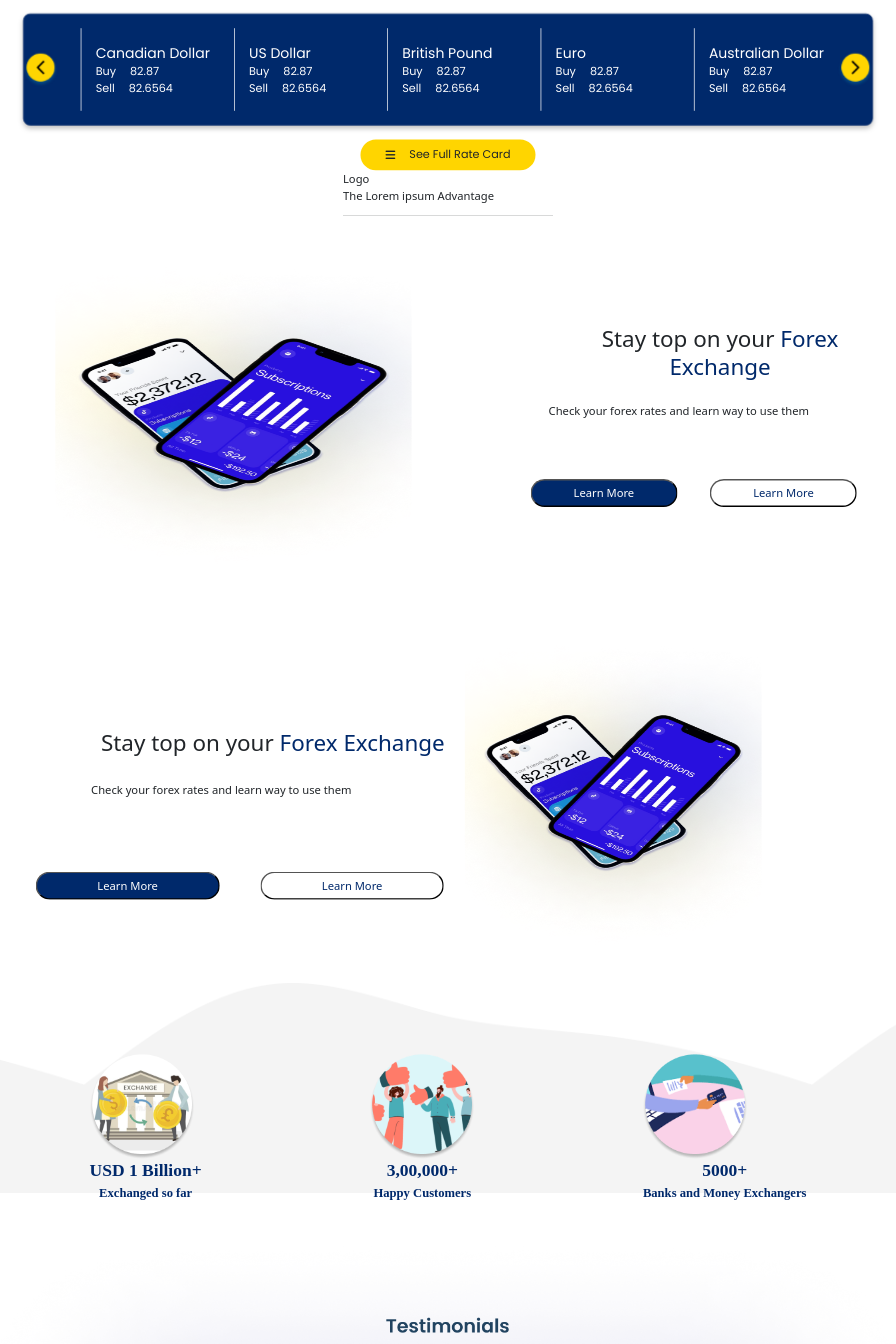
Repository: FlyweisReact/Akshadeep-latest
Page: /
An editor plug-in stored every save of this project. The page is shown before and after a run of saves, followed by the edit.
The browser window is 1280 px wide. The pictures show the part of the page from y = 765 to 2685 px (the page is 4593 px tall before and 4613 px after), at 70% of full size.
Some web libraries are served in a nearby version. The project was rebuilt for these pictures with package versions that can differ from the ones it lists, and the page was loaded fresh each time. Also part of the build but not shown: src/components/exchange.jsx, src/components/order_p1.jsx, src/components/order_p2.jsx, src/components/faas.jsx, src/components/offer.jsx, src/components/main2.jsx, src/components/home.jsx, src/components/slider.jsx and 6 more.

Above is the page before, as saved 2023-05-23 15:58:21.

### public/index.html
<!DOCTYPE html>
<html lang="en">
  <head>
    <meta charset="utf-8" />
    <link rel="icon" href="%PUBLIC_URL%/favicon.ico" />
    <meta name="viewport" content="width=device-width, initial-scale=1" />
    <meta name="theme-color" content="#000000" />
    <meta
      name="description"
      content="Web site created using create-react-app"
    />
    <link rel="apple-touch-icon" href="%PUBLIC_URL%/logo192.png" />

    <link rel="manifest" href="%PUBLIC_URL%/manifest.json" />
    <link rel="stylesheet" href="https://cdnjs.cloudflare.com/ajax/libs/font-awesome/5.15.3/css/all.min.css" />
    <link href="https://cdn.jsdelivr.net/npm/bootstrap@5.3.0-alpha1/dist/css/bootstrap.min.css" rel="stylesheet" integrity="sha384-GLhlTQ8iRABdZLl6O3oVMWSktQOp6b7In1Zl3/Jr59b6EGGoI1aFkw7cmDA6j6gD" crossorigin="anonymous">
    <title>React App</title>
  </head>
  <body>
    <noscript>You need to enable JavaScript to run this app.</noscript>
    <div id="root"></div>
    <script src="https://kit.fontawesome.com/b533b351e4.js" crossorigin="anonymous"></script>
  </body>
</html>

### src/components/Main.jsx
/** @format */

import React from "react";
import Navbar from "./navbar";
import "react-responsive-carousel/lib/styles/carousel.min.css";
import BottomCont from "./bottom_cont";
import Footer from "./footer";
import img from "../Images/a-7.png";
import img5 from "../Images/a-58.png";
import UpperForm from "./Component/Index/UpperForm";
import UpperSlider from "./Component/Index/UpperSlider";
import CurrencySlider from "./Component/Index/CurrencySlider";

function Main() {
  return (
    <>
      <Navbar />

      <div className="upper-two-component">
        <div className="left-component">
          <UpperForm />
        </div>
        <div className="right-component">
          <UpperSlider />
        </div>
      </div>

      <div className="Index-currency_cont">
        <CurrencySlider />
      </div>

      <div className="Index_center_button">
      <i className="fa-solid fa-bars"></i>
        <p>See Full Rate Card</p>
      </div>

      <div className="Index_center_Div">
        <div className="logo">
          Logo
        </div>
        <p>The Lorem ipsum Advantage</p>
        <hr />
      </div>



      <div className="main-2-cont">
        <div className="main-2-left">
          <img src={img} alt="" />
        </div>
        <div className="main-2-right">
          <h2>
            Stay top on your <spam className="sp">Forex Exchange</spam>
          </h2>
          <p>Check your forex rates and learn way to use them</p>
          <div className="main-2-r-btn">
            <button className="main-2l-btn">Learn More</button>
            <button className="main-2r-btn">Learn More</button>
          </div>
        </div>
      </div>
      <div className="main-3-cont">
        <div className="main-3-left">
          <h2>
            Stay top on your <spam className="sp">Forex Exchange</spam>
          </h2>
          <p>Check your forex rates and learn way to use them</p>
          <div className="main-2-r-btn">
            <button className="main-2l-btn">Learn More</button>
            <button className="main-2r-btn">Learn More</button>
          </div>
        </div>
        <div className="main-3-right">
          <img src={img} alt="" />
        </div>
      </div>
      <BottomCont />
      <Footer />
    </>
  );
}

export default Main;

### src/Style/Header.css
/** @format */

.Sticky-Header-Companent {
  height: 100%;
  background-color: var(--white);
  position: sticky;
  top: 0;
  z-index: 999;
  padding: 20px;
  transition: box-shadow 0.3s ease;
}

.scrolled {
  box-shadow: rgba(0, 0, 0, 0.24) 0px 3px 8px;
}

.Header {
  width: 100%;
  display: flex;
  justify-content: space-between;
  align-items: center;
}

.Header .left-component a {
  font-family: InterFont;
  font-size: 2rem;
  color: #000000;
  cursor: pointer;
  text-decoration: none;
}

.Header .right-component {
  display: flex;
  gap: 20px;
}
.Header .right-component .btn1 {
  font-weight: 500;
  font-size: var(--medium-font);
  color: var(--black);
  background-color: transparent;
  border: none;
}
.Header .right-component .btn2 {
  font-size: var(--medium-font);
  color: var(--white);
  background-color : #00296B;
  border: 1px solid #00296B;
  padding: 10px;
  width: 200px;
  border-radius: var(--half-border);
}

/* Category Drop- Down */
.Drop-Category-Bar {
  display: flex;
  align-items: center;
}
.Drop-Category-Bar .left-container {
  width: 20%;
  padding: 20px;
}

.Drop-Category-Bar .right-Container {
  display: flex;
  width: 60%;
  justify-content: space-evenly;
}

.Drop-Category-Bar .left-container i {
  font-size: var(--medium-font);
  cursor: pointer;
}
.Drop-Category-Bar .right-Container #dropdown-basic {
  border: none;
  font-size: var(--medium-font);
  font-style: normal;
  line-height: 29px;
  color: #333131;
}
.Drop-Category-Bar .right-Container #dropdown-button-drop-end {
  width: 100%;
  display: flex;
  justify-content: space-between;
  gap: 20px;
  align-items: center;
  font-size: var(--small-font);
  border: none;
}
.Drop-Category-Bar .right-Container .dropdown-item {
  width: 100%;
  font-size: var(--small-font);
  border: none;
  padding-left: 12px;
}

/* FullScreen Offcanvas */
.offcanvas.offcanvas-start {
  width: 100% !important;
  background-color: transparent;
}
.offcanvas-backdrop.show {
  opacity: 0.9 !important;
}
.Offcanvas-Menu {
  position: relative;
  padding: 20px;
}
.Offcanvas-Menu .fa-x {
  font-size: var(--medium-font);
  color: #fff;
  position: absolute;
  right: 20px;
  top: 20px;
  cursor: pointer;
}
.Offcanvas-Menu .Menu-Items {
  display: flex;
  justify-content: space-evenly;
  align-items: center;
  position: absolute;
  top: 50%;
  gap: 20px;
  left: 50%;
  transform: translate(-50%, -50%);
  width: 100%;
  padding-left: 5%;
  padding-right: 5%;
}
.Offcanvas-Menu .Menu-Items div {
  width: 20%;
  cursor: pointer;
}
.Offcanvas-Menu .Menu-Items div img {
  display: block;
  margin: auto;
}
.Offcanvas-Menu .Menu-Items div a {
  text-decoration: none;
}
.Offcanvas-Menu .Menu-Items p {
  font-size: var(--medium-font);
  color: #ffffff;
  text-align: center;
  margin-top: 10px;
  font-family: OpenFont;
  text-decoration: none;
  width: 100%;
}

### src/Style/Layout.css
/**
 * Two Section Component
 *
 * @format
 */

.upper-two-component {
  display: flex;
  justify-content: space-evenly;
  padding-top: 20px;
}
.upper-two-component .left-component {
  width: 40%;
}
.upper-two-component .right-component {
  width: 50%;
}

/* Currency Container */
.Index-currency_cont {
  width: 98%;
  margin: auto;
  padding: 20px;
  filter: drop-shadow(0px 4px 4px rgba(0, 0, 0, 0.25));
  padding-top: 5%;
}

/* Rate Button */
.Index_center_button {
  width: 250px;
  background: #ffd500;
  border-radius: 27px;
  display: flex;
  gap: 20px;
  justify-content: center;
  align-items: center;
  padding: 10px;
  margin: auto;
  cursor: pointer;
}
.Index_center_button i {
  margin: 0;
}
.Index_center_button p {
  margin: 0;
  font-family: PoppinFont;
  font-size: var(--extra-small-font);
}


/* Index_center_Div */
.Index_center_Div {
    width: 300px;
    display: block;
    margin : auto
}

### src/Style/Component.css
/**
 * Upper Form Component
 *
 * @format
 */

.Index-Upper-Form {
  width: 100%;
  padding-top: 20px;
}
.Index-Upper-Form .button-container {
  display: flex;
  align-items: center;
  justify-content: center;
  gap: 10px;
  width: 100%;
}
.Index-Upper-Form .button-container button {
  background-color: #fff;
  color: #333;
  border: 1px solid #ffd500;
  font-size: var(--small-font);
  cursor: pointer;
  padding: 10px;
  width: 20%;
  font-family: OpenFont;
  border-radius: 4px;
  transition: 0.5s;
}
.Index-Upper-Form .button-container button:hover {
  background: #ffd500;
}
.Index-Upper-Form .form-cont {
  width: 100%;
  margin-top: 10px;
  background: #00296b;
  border: 1px solid #333131;
  box-shadow: 0px 0px 100px 8px rgba(255, 213, 0, 0.3);
  border-radius: 12px;
  position: relative;
  padding: 20px;
}
.Index-Upper-Form .form-cont .form-part-1 .two-cont {
  display: flex;
  justify-content: space-between;
  width: 100%;
}
.Index-Upper-Form .form-cont .form-part-1 .two-cont div {
  width: 45%;
}
.Index-Upper-Form .form-cont .form-part-1 .two-cont div label {
  color: var(--white);
  font-size: var(--extra-small-font);
  font-family: PoppinFont;
  line-height: 24px;
  color: #ffffff;
}

.Index-Upper-Form .form-cont .form-part-1 .two-cont div select {
  width: 100%;
  margin-top: 3px;
  outline: none;
  font-size: var(--extra-small-font);
  color: #897f7f;
  font-family: PoppinFont;
  padding: 10px;
  border-radius: 4px;
  border: 1px solid #897f7f;
}
.Index-Upper-Form .form-cont .form-part-1 .rate {
  font-size: 16px;
  line-height: 24px;
  color: #ffffff;
  margin-top: 10px;
  font-family: PoppinFont;
}
.Index-Upper-Form .form-cont .form-part-1 .two-cont div input {
  width: 100%;
  margin-top: 3px;
  outline: none;
  font-size: var(--extra-small-font);
  color: #897f7f;
  font-family: PoppinFont;
  padding: 10px;
  border-radius: 4px;
  border: 1px solid #897f7f;
}
.Index-Upper-Form .form-cont .form-part-1 .two-cont div input::placeholder {
  color: #897f7f;
}
.Index-Upper-Form .form-cont .form-part-1 .two-cont .two-section {
  display: flex;
  gap: 10px;
  color: var(--white);
  margin-top: 10px;
  align-items: center;
}
.Index-Upper-Form .form-cont .form-part-1 .two-cont .two-section p {
  margin: 0;
  font-family: PoppinFont;
}
.Index-Upper-Form .form-cont .form-part-1 .two-cont .two-section button {
  background-color: #214360;
  outline: none;
  border: 1px solid #214360;
  color: var(--white);
  font-family: PoppinFont;
}
.Index-Upper-Form .form-cont .form-part-1 .two-cont .two-section i {
  color: #ffd500;
}
.Index-Upper-Form .form-cont .form-part-1 .two-cont .two-section .add {
  color: #ffd500;
  text-decoration: underline;
}
.Index-Upper-Form .form-cont .ord-btn {
  font-size: var(--medium-font);
  font-family: PoppinFont;
  background: #ffd500;
  border-radius: 30.2748px;
  border: none;
  width: 40%;
  padding: 10px;
  display: block;
  margin: auto;
  position: absolute;
  top: 98%;
  cursor: pointer;
  left: 50%;
  transform: translate(-50%, -50%);
}

/* Slick Slider */
.slick-slider-Cont {
  position: relative;
}
.slick-slider-Cont .Prev-Next_cont {
  display: flex;
  justify-content: space-between;
}
.slick-slider-Cont .Prev-Next_cont .PrevImg {
  position: absolute;
  top: 50%;
  left: 5%;
  transform: translate(-50%, -50%);
  cursor: pointer;
}
.slick-slider-Cont .Prev-Next_cont .NextImg {
  position: absolute;
  top: 50%;
  left: 95%;
  transform: translate(-50%, -50%);
  cursor: pointer;
}

.Slick-Slider {
  height: 100%;
  padding: 20px;
}
.Slick-Slider .slider-container-div {
  width: 100%;
}
.Slick-Slider .slider-container-div p {
  font-family: PoppinFont;
  font-size: 24px;
  line-height: 40px;
  color: #000;
  text-align: center;
  margin: 0;
}
.Slick-Slider .slider-container-div img {
  display: block;
  margin: auto;
}
.Slick-Slider:focus {
  border: none !important;
}
.Slick-Slider:active {
  border: none !important;
}

.Slick-Slider .slider-container-div .two-comp {
  display: flex;
  justify-content: space-evenly;
  gap: 10px;
}
.Slick-Slider .slider-container-div .two-comp .left-comp {
  width: 45%;
  position: relative;
}
.Slick-Slider .slider-container-div .two-comp .left-comp img {
  position: absolute;
  top: 50%;
  left: 50%;
  transform: translate(-50%, -50%);
}
.Slick-Slider .slider-container-div .two-comp .right-comp {
  width: 60%;
}
.Slick-Slider .slider-container-div .two-comp .right-comp div {
  display: flex;
  padding-top: 20px;
  gap: 20px;
  align-items: center;
}
.Slick-Slider .slider-container-div .two-comp .right-comp p {
  margin: 0;
  font-size: var(--extra-small-font);
  line-height: normal;
  width: 90%;
  text-align: left;
}
.Slick-Slider .slider-container-div .two-comp .right-comp i {
  margin: 0;
  background-color: #00a067;
  color: #fff;
  border-radius: 100%;
  padding: 5px;
}


/* Currency-Slider  */
.currency_slider_cont{
  background-color: #00296B;
  border: 1px solid #00296B;
  border-radius: 10px;
  position: relative;
  width: 100%;
}
.currency_slider_cont .currency_slider{
  height: 100%;
  padding: 20px;
  padding-left: 5%;
  padding-right: 5%;
}
.currency_slider_cont .currency_slider:focus {
  border: none !important;
}
.currency_slider_cont .currency_slider:active {
  border: none !important;
}

.currency_slider_cont .currency_slider .Item{
  color: #fff;
  border-right: 1px solid #fff;
  padding: 20px;
  width: 20%;
}
.currency_slider_cont .currency_slider .Item p{
  margin: 0;
}
.currency_slider_cont .currency_slider .Item .head{
  font-family: PoppinFont;
  font-size: var(--medium-font);
}
.currency_slider_cont .currency_slider .Item .two_sec{
  display: flex;
  align-items: center;
  gap: 20px;
}
.currency_slider_cont .currency_slider .Item .two_sec p{
  font-family: PoppinFont;
font-size: var(--extra-small-font);
}
.currency_slider_cont .Prev-Next_cont {
  display: flex;
  justify-content: space-between;
}
.currency_slider_cont .Prev-Next_cont .PrevImg {
  position: absolute;
  top: 50%;
  left: 2%;
  transform: translate(-50%, -50%);
  cursor: pointer;
}
.currency_slider_cont .Prev-Next_cont .NextImg {
  position: absolute;
  top: 50%;
  left: 98%;
  transform: translate(-50%, -50%);
  cursor: pointer;
}

.slick-prev:before {
  display: none !important;
}
.slick-next:before{
  display: none
  ;
}

### src/components/navbar.jsx
import Header from "./Layout/Header";

const Navbar = () => {
  return (
    <>
      <Header />

    </>
  );
};

export default Navbar;

### src/components/bottom_cont.jsx
import React from "react";
import img from "../Images/a-33.png";
import img2 from "../Images/a-34.png";
import img3 from "../Images/a-35.png";
import img4 from "../Images/a-36.png";
import img5 from "../Images/a-37.png";
import img6 from "../Images/a-51.png";

const BotCont = () => {
  return (
    <>
      <div className="bot-part-1">
        <div className="bot-cont-imgs">
          <div>
            <img src={img} />
            <h6>USD 1 Billion+</h6>
            <p>Exchanged so far</p>
          </div>
          <div>
            <img src={img2} />
            <h6>3,00,000+</h6>
            <p>Happy Customers</p>
          </div>
          <div>
            <img src={img3} />
            <h6>5000+</h6>
            <p>Banks and Money Exchangers</p>
          </div>
        </div>
      </div>
      <div className="bot-part-3">
        <img src={img6} />
      </div>
      <div className="bot-part-2">
        <h3>Media Mentions</h3>
        <div className="bot-part-2-sub">
          <div className="bot-cont-card">
            <h4>Loren Ipsum Id best Platform out there</h4>
            <p>
              Lorem Ipsum is simply dummy text of the printing and typesetting
              industry. Lorem Ipsum has been the industry's standard dummy text
              ever since the 1500s, when an unknown printer took a galley of
              type and scrambled it to make a type specimen book.
            </p>
            <div className="thin-line"></div>
            <div className="bot-cont-card-2">
              <img src={img4} />
              <p>5 star</p>
            </div>
          </div>
          <div className="bot-cont-card">
            <h4>Loren Ipsum Id best Platform out there</h4>
            <p>
              Lorem Ipsum is simply dummy text of the printing and typesetting
              industry. Lorem Ipsum has been the industry's standard dummy text
              ever since the 1500s, when an unknown printer took a galley of
              type and scrambled it to make a type specimen book.
            </p>
            <div className="thin-line"></div>
            <div className="bot-cont-card-2">
              <img src={img5} style={{height:"40px"}} />
              <p>5 star</p>
            </div>
          </div>
        </div>
      </div>
    </>
  );
};

export default BotCont;

### src/components/footer.jsx
import React from "react";

const Footer = () => {
  return (
    <footer className="footer">
      <div className="footer-cont">
        <div className="foot-row">
          <div className="foot-col">
            <h3>Company</h3>
            <p>About Us</p>
            <p>Contact Us</p>
            <p>Careers</p>
          </div>
          <div className="foot-col">
            <h3>Services</h3>
            <p>Prepaid Travel Card</p>
            <p>Foreign Demand Draft</p>
            <p>Foreign Currency</p>
            <p>Educational Loans</p>
            <p>Remmittance</p>
            <p>Travel Insurance</p>
            <p>Forex as a Service (Faas Solution)</p>
          </div>
          <div className="foot-col">
            <h3>Quick Links</h3>
            <p>FAQs</p>
            <p>Cancellation & Refund Policy</p>
            <p>Forex Rates</p>
            <p>Our Policies</p>
            <p>Terms of Use</p>
            <p>Site Map</p>
            <p>Offers</p>
          </div>
          <div className="foot-col">
            <h3>Insight</h3>
            <p>Blogs</p>
            <p>Press Release</p>
            <p>Foreign Currency</p>
            <p>Educational Loans</p>
            <p>Remmittance</p>
            <p>Travel Insurance</p>
            <p>Forex as a Service (Faas Solution)</p>
          </div>
          <div className="foot-col">
            <h3>Registered Office Address</h3>
            <p>Lorem Ipsum Pvt ltd.</p>
            <p>P-701 to P-705 lorem ipsum , 7th floor, 11th tower, panchsheel primerose, vatista
                , Gurugram, Hariyana
            </p>
            {/*<ul className="social-icons">
              <li>
                <a href="#">
                  <i className="fab fa-facebook-f"></i>
                </a>
              </li>
              <li>
                <a href="#">
                  <i className="fab fa-twitter"></i>
                </a>
              </li>
              <li>
                <a href="#">
                  <i className="fab fa-linkedin"></i>
                </a>
              </li>
              <li>
                <a href="#">
                  <i className="fab fa-instagram"></i>
                </a>
              </li>
            </ul>*/}
          </div>
        </div>
      </div>
      <div className="footer-bottom">
        <p>&copy; 2023 Forex Inc. All Rights Reserved.</p>
      </div>
    </footer>
  );
};

export default Footer;

### src/components/signup.jsx
import Button from "react-bootstrap/Button";
import Modal from "react-bootstrap/Modal";

function MyVerticallyCenteredModal(props) {
  return (
    <Modal
      {...props}
      size="lg"
      aria-labelledby="contained-modal-title-vcenter"
      centered
    >
      <Modal.Body>
        <div className="popupe-container">
          <div className="popupe">
            <span className="close" onClick={props.onHide}>
              &times;
            </span>
            <h2 className="form-title">Register</h2>
            <form>
              <div class="form-groupe">
                <label for="name" className="label-inp">Name</label>
                <input type="text" id="name" name="name" placeholder="Enter your name here" />
              </div>
              <div class="form-groupe">
                <label for="mobile" className="label-inp">Mobile Number</label>
                <input type="email" id="email" name="email" placeholder="Enter your mobile no here"/>
              </div>
              <div class="form-groupe">
                <label for="email" className="label-inp">Email</label>
                <input type="email" id="email" name="email" placeholder="Enter your email here"/>
              </div>
              <button type="submit" className="btn-form-submit">Submit</button>
            </form>
            <h2 className="form-title">Or</h2>
            <div className="form-bot-cont">
              <div className="left-btn">
                  <button className="btn-2">
                  <i class="fab fa-facebook-f fc" ></i>
                  facebook</button>
              </div>
              <div className="right-btn">
                  <button className="btn-2">
                  <i class="fab fa-google-plus-g gl"></i>
                    Google</button>
              </div>
            </div>
            </div>
          </div>
      </Modal.Body>
    </Modal>
  );
}

export default MyVerticallyCenteredModal;

### src/components/login.jsx

import Modal from "react-bootstrap/Modal";

function MyVerticallyCenteredModal(props) {
  return (
    <Modal
      {...props}
      size="lg"
      aria-labelledby="contained-modal-title-vcenter"
      centered
    >
      <Modal.Body>
        <div className="popupe-container">
          <div className="popupe">
            <span className="close" onClick={props.onHide}>
              &times;
            </span>
            <h2 className="form-title">Login</h2>
            <form>
              <div class="form-groupe">
                <label for="name" className="label-inp">Mobile Number/ Email Id</label>
                <input type="text" id="name" name="name" placeholder="Enter mobile number/ email Id" />
              </div>
              <button type="submit" className="btn-form-submit">Submit</button>
            </form>
            </div>
            <h2 className="form-title">Or</h2>
            <div className="form-bot-cont">
              <div className="left-btn">
                  <button className="btn-2">
                  <i class="fab fa-facebook-f fc" ></i>
                  facebook</button>
              </div>
              <div className="right-btn">
                  <button className="btn-2">
                  <i class="fab fa-google-plus-g gl"></i>
                    Google</button>
              </div>
            </div>
          </div>
      </Modal.Body>
    </Modal>
  );
}

export default MyVerticallyCenteredModal;

Loaded but not shown: src/Json/menu.json (187 lines, source omitted); src/components/Component/Index/UpperSlider.js (180 lines, source omitted); src/components/Component/Index/CurrencySlider.js (162 lines, source omitted); src/components/Component/Index/UpperForm.js (74 lines, source omitted); src/components/Layout/DropBar.js (60 lines, source omitted); src/components/Layout/Sidebar.js (70 lines, source omitted); src/App.js (50 lines, source omitted); src/components/Layout/Header.js (56 lines, source omitted); src/index.js (13 lines, source omitted); src/index.css (2406 lines, source omitted)

After the next 3 saves:
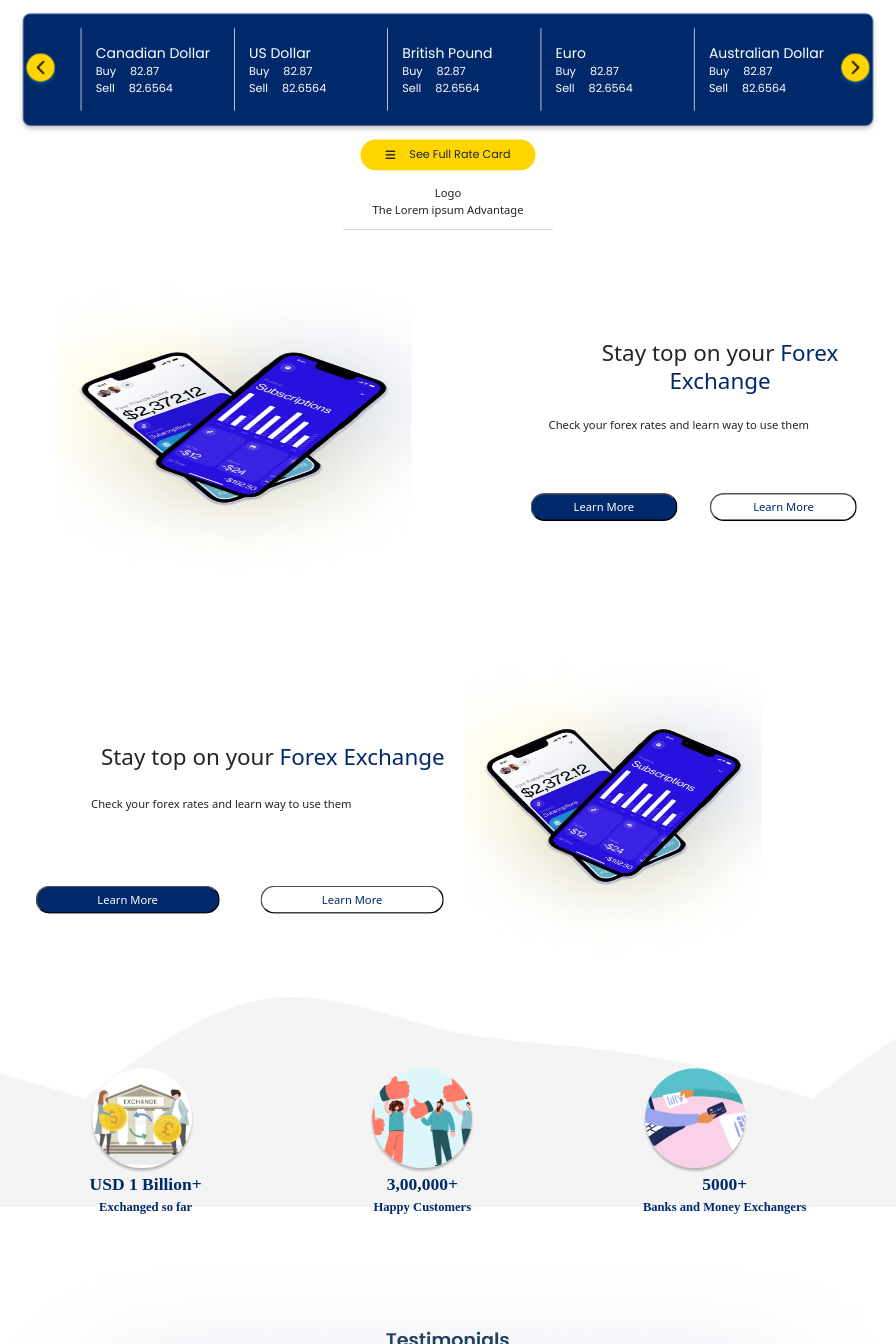
The 3 saves are shown as one change because they came seconds apart.
The last was saved 15 s later.
--- a/src/Style/Layout.css
+++ b/src/Style/Layout.css
@@ -47,10 +47,11 @@
   font-size: var(--extra-small-font);
 }
 
-
 /* Index_center_Div */
 .Index_center_Div {
-    width: 300px;
-    display: block;
-    margin : auto
+  width: 300px;
+  display: block;
+  margin: auto;
+  padding-top: 20px;
+  text-align: center;
 }
